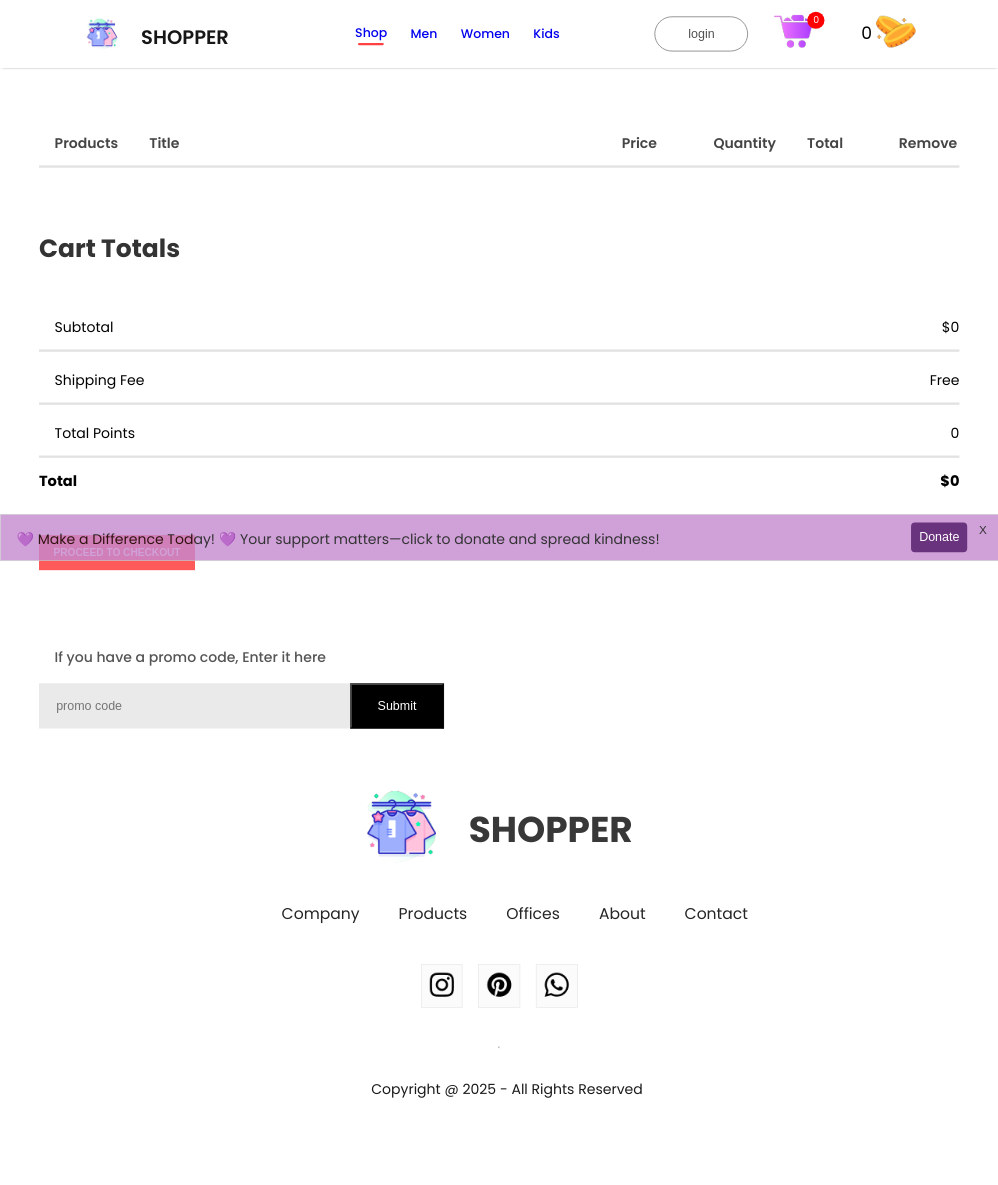
Repository: PayalJakhar/Shoppers-E-commerce-Website
Page: /cart (app in frontend/)
These files come from the project's save history. The page is drawn as it stood at one moment and after the next save; the edit follows.
The browser window is 1280 px wide. The pictures show the whole page, at 78% of full size.
The page's requests for data from a server got no answer. The project was rebuilt for these pictures with package versions that can differ from the ones it lists, and the page was loaded fresh each time. No one was signed in, and anything a server would have sent is missing. Also part of the build but not shown: frontend/src/App.css, frontend/src/Components/Hero/Hero.css, frontend/src/Components/Hero/Hero.jsx, frontend/src/Components/Popular/Popular.css, frontend/src/Components/Item/Item.css, frontend/src/Components/Item/Item.jsx, frontend/src/Components/Popular/Popular.jsx, frontend/src/Components/Offers/Offers.css and 21 more.

Above is the page before, as saved 2025-02-07 23:29:22.

### frontend/src/index.css
*{
  margin:0;
}
body {
  margin: 0;
  font-family: -apple-system, BlinkMacSystemFont, 'Segoe UI', 'Roboto', 'Oxygen',
    'Ubuntu', 'Cantarell', 'Fira Sans', 'Droid Sans', 'Helvetica Neue',
    sans-serif;
  -webkit-font-smoothing: antialiased;
  -moz-osx-font-smoothing: grayscale;
  font-family:'poppins';
}

code {
  font-family: source-code-pro, Menlo, Monaco, Consolas, 'Courier New',
    monospace;
}

### frontend/src/Components/Navbar/Navbar.jsx
import React, { useContext, useState, useRef } from 'react';
import { Link } from 'react-router-dom';
import './Navbar.css';
import logo from '../Assets/Frontend_Assets/logo.png';
import cart_icon from '../Assets/Frontend_Assets/cart_icon.png';
import coin_icon from '../Assets/Frontend_Assets/coin_icon.png';
import { ShopContext } from '../../Context/ShopContext';
import nav_dropdown from '../Assets/Frontend_Assets/nav_dropdown.png'

export default function Navbar() {
    const [menu, setMenu] = useState('shop');
    const {getTotalCartItems} = useContext(ShopContext);
    const menuRef = useRef();

    const dropdown_toggle = (e) =>{
        menuRef.current.classList.toggle('nav-menu-visible');
        e.target.classList.toggle('open');
    }


    return (
        <div className="navbar">
            <div className="nav-logo">
                <img src={logo} alt="" />
                <p> SHOPPER</p>
            </div>
            <img  className='nav-dropdown' onClick={dropdown_toggle} src={nav_dropdown} alt=""/>
            <ul ref={menuRef} className="nav-menu">
                <li onClick={() => { setMenu('shop') }}><Link style={{textDecoration:'none'}} to='/'>Shop</Link>{menu === 'shop' ? <hr /> : <></>}</li>
                <li onClick={() => { setMenu('mens') }}><Link style={{textDecoration:'none'}} to='/mens'>Men</Link>{menu === 'mens' ? <hr /> : <></>}</li>
                <li onClick={() => { setMenu('women') }}><Link style={{textDecoration:'none'}} to='/women'>Women</Link>{menu === 'women' ? <hr /> : <></>}</li>
                <li onClick={() => { setMenu('kids') }}><Link style={{textDecoration:'none'}} to='/kids'>Kids</Link>{menu === 'kids' ? <hr /> : <></>}</li>
            </ul>
            <div className="nav-login-cart">
                {localStorage.getItem('auth-token')?<button onClick={()=>{localStorage.removeItem('auth-token');window.location.replace('/')}}>Logout</button>:<Link style={{textDecoration:'none'}} to='/login'><button>login</button></Link>}
                <Link style={{textDecoration:'none'}} to='/cart'><img src={cart_icon} alt="" /></Link>
                <div className="nav-cart-count">{getTotalCartItems()}</div>
            </div>
            <div className="nav-coin-count">0</div>
            <div className="nav-login-coin">
            <img src={coin_icon} alt="" />
            </div>
        </div>
    )
}

### frontend/src/Pages/Cart.jsx
import React from 'react'
import CartItems from '../Components/CartItems/CartItems'

export default function Cart() {
  return (
    <div>
      <CartItems/>
    </div>
  )
}

### frontend/src/Components/Footer/Footer.jsx
import React from 'react'
import './Footer.css'
import footer_logo from '../Assets/Frontend_Assets/logo_big.png'
import instagram_icon from '../Assets/Frontend_Assets/instagram_icon.png'
import pintester_icon from '../Assets/Frontend_Assets/pintester_icon.png'
import whatsapp_icon from '../Assets/Frontend_Assets/whatsapp_icon.png'
export default function Footer() {
  return (
    <div className='footer'>
        <div className="footer-logo">
            <img src={footer_logo} alt=""/>
            <p>SHOPPER</p>
        </div>
        <ul className="footer-links">
            <li>Company</li>
            <li>Products</li>
            <li>Offices</li>
            <li>About</li>
            <li>Contact</li>
        </ul>
        <div className="footer-social-icon">
            <div className="footer-icons-container">
                <img src={instagram_icon} alt=""/>
            </div>
            <div className="footer-icons-container">
                <img src={pintester_icon} alt=""/>
            </div>
            <div className="footer-icons-container">
                <img src={whatsapp_icon} alt=""/>
            </div>
        </div>
        <div className="footer-copyright">
            <hr/>
            <p>Copyright @ 2025 - All Rights Reserved</p>
        </div>
    </div>
  )
}

### frontend/src/Components/Donate/Donate.jsx
import React, { useState } from 'react';
import { Link } from 'react-router-dom';
import './Donate.css';

const Donate = () => {
  const [value, setValue] = useState('flex');
  const [isOpen, setIsOpen] = useState(false);

  const openModal = () => {
    setIsOpen(true);
    setValue('none');
  };

  const closeModal = () => {
    setIsOpen(false);
    setValue('flex');
  };

  return (
    <>
      <div className='donates' style={{ display: value }}>
        <p>💜 Make a Difference Today! 💜 Your support matters—click to donate and spread kindness!</p>
        <div className='donate-ins'>
          <button className='paras' onClick={openModal}>Donate</button>
          <button className='texts' onClick={() => setValue('none')}>X</button>
        </div>
      </div>
      {isOpen && (
        <div className="modals">
          <div className="modal-contents">
            <span className="closes" onClick={closeModal}>&times;</span>
            <h2>🌼 Donate & Earn Rewards! 🌼</h2>
            <ul>
              <li>✔ Support a Cause: Your donations go directly to trusted NGOs, making a real impact</li>
              <li>✔ Minimum 5 Items: Donate at least 5 clothes to contribute</li>
              <li>✔ Earn Rewards: Get 100 points per donation—stack up to 500 points to unlock exclusive discounts & coupons!</li>
              <li>✔ Quality Matters: Clothes should have no more than 20% damage—let's keep it wearable for those in need!</li>
              💙 Give. Earn. Save. Start donating today!
            </ul>
            <button className="donate-buttons" onClick={()=>{setValue('none');setIsOpen(false)}}>
              <Link style={{ textDecoration: 'none', color:'white'}} to='/donation'>Donate Now</Link>
            </button>
          </div>
        </div>
      )}
    </>
  );
}

export default Donate;

### frontend/src/Components/CartItems/CartItems.jsx
import React, { useContext } from 'react';
import './CartItems.css';
import { ShopContext } from '../../Context/ShopContext';
import remove_icon from '../Assets/Frontend_Assets/cart_cross_icon.png';

const CartItems = () => {
    const { getTotalCartAmount, all_product, cartItems, removeFromCart } = useContext(ShopContext);
    return (
        <div className='cartitems'>
            <div className="cartitems-format-main">
                <p>Products</p>
                <p>Title</p>
                <p>Price</p>
                <p>Quantity</p>
                <p>Total</p>
                <p>Remove</p>
            </div>
            <hr />
            {all_product.map((e) => {
                if (cartItems[e.id] > 0) {
                    return (
                        <div key={e.id}>
                            <div className="cartiitems-format cartitems-format-main">
                                <img src={e.image} alt="" className='carticon-product-icon' />
                                <p>{e.name}</p>
                                <p>${e.new_price}</p>
                                <button className='cartitems-quantity'>{cartItems[e.id]}</button>
                                <p>${e.new_price * cartItems[e.id]}</p>
                                <img
                                    className='cartitems-remove-icon' src={remove_icon} onClick={() => { removeFromCart(e.id) }} alt="" />
                            </div>
                            <hr />
                        </div>
                    );
                }
                return null;
            })}
            <div className="cartitems-down">
                <div className="cartitems-total">
                    <h1>Cart Totals</h1>
                    <div>
                        <div className="cartitems-total-item">
                            <p>Subtotal</p>
                            <p>${getTotalCartAmount()}</p>
                        </div>
                        <hr />
                        <div className="cartitems-total-item">
                            <p>Shipping Fee</p>
                            <p>Free</p>
                        </div>
                        <hr />
                        <div className="cartitems-total-item">
                            <p>Total Points</p>
                            <p>0</p>
                        </div>
                        <hr />
                        <div className="cartitems-total-item">
                            <h3>Total</h3>
                            <h3>${getTotalCartAmount()}</h3>
                        </div>
                    </div>
                    <button>PROCEED TO CHECKOUT</button>
                </div>
                <div className="cartitems-promocode">
                    <p>If you have a promo code, Enter it here</p>
                    <div className="cartitems-promobox">
                        <input type="text" placeholder='promo code' />
                        <button>Submit</button>
                    </div>
                </div>
            </div>
        </div>
    );
}

export default CartItems;

### frontend/src/Components/Footer/Footer.css
.footer{
    display: flex;
    flex-direction: column;
    justify-content: center;
    align-items: center;
    gap: 50px;
    margin-bottom:80px;
}

.footer-logo{
    display: flex;
    align-items: center;
    gap: 20px;
}

.footer-logo p{
    color: #383838;
    font-size: 46px;
    font-weight: 700;

}

.footer-links{
    display: flex;
    list-style: none;
    gap: 50px;
    color: #252525;
    font-size: 20px;
}

.footer-links li{
    cursor: pointer;
}

.footer-social-icon{
    display: flex;
    gap: 20px;
}

.footer-icons-container{
    padding: 10px;
    padding-bottom:6px;
    background: #fbfbfb;
    border: 1px solid #ebebeb;
}

.footer-copyright{
    display: flex;
    flex-direction: column;
    align-items: center;
    gap: 30px;
    width: 100%;
    margin-bottom: 30px;
    color: #1a1a1a;
    font-size: 20px;
}

.footer-copyright r{
    width: 80%;
    border: none;
    border-radius: 10px;
    height: 3px;
    background: #c7c7c7;
}

@media(max-width: 800px){
    .footer{
        gap: 20px;
    }
    .footer-lgo{
        gap: 10px;
        align-items: end;
    }
    .footer-logo img{
        width: 40px;
    }
    .footer-logo p{
        font-size: 25px;
    }
    .footer-links{
        font-size: 14px;
        gap: 10px;
    }
    .footer-social-icon img{
        width: 22px;
    }
    .footer-copyright{
        font-size: 13px;
    }
}

### frontend/src/Components/Donate/Donate.css
.donates {
    position: fixed;
    bottom:1px;
    display:flex;
    justify-content:space-between;
    width: 100%;
    background-color: rgb(197, 137, 208);
    padding: 10px 0px 10px 0px;
    border: 1px solid #ccc;
    z-index: 1000;
    opacity:0.8;
    animation: slideInUp 0.9s ease-out forwards;
}

.donate-ins{
    position:relative;
    margin-right:40px;
    display:flex;
    gap:30px;
}

p{
    padding-top:8px;
    margin-left:20px;
    weight:300;
    font-size:18px;
}

.paras {
    padding: 10px;
    margin-right:1px;
    font-size: 16px;
    border: none;
    background-color: #45015d;
    color: white;
    cursor: pointer;
    border-radius: 5px;
}

.texts{
    background-color:transparent;
    border:none;
    position: absolute;
    top: 0;
    right: -30px;
    font-size:15px;
    font-weight:500;
}

.paras:hover{
background-color: #00060a;
}

.texts:hover{
    color:white;
}

.modals {
    display: flex;
    justify-content: center;
    align-items: center;
    position: fixed;
    z-index: 1;
    left: 0;
    right:0;
    bottom:0;
    top: 0;
    width: 100%;
    height: 100%;
    background-color: rgba(0,0,0,0.5);
}

.modal-contents {
    background-color: #fefefe;
    margin: 15% auto;
    padding: 20px;
    border: 1px solid #888;
    width: 80%;
    border-radius: 10px;
    text-align: center;
    box-shadow: 0 4px 8px rgba(0,0,0,0.2);
}

.closes {
    color: #aaa;
    float: right;
    font-size: 28px;
    font-weight: bold;
}

.closes:hover,
.closes:focus {
    color: black;
    text-decoration: none;
    cursor: pointer;
}

.donate-buttons {
    background-color: #802ea5;
    color: white;
    padding: 10px 20px;
    text-align: center;
    text-decoration: none;
    display: inline-block;
    font-size: 16px;
    margin: 15px 2px 0px 2px;
    cursor: pointer;
    border-radius: 5px;
    transition: background-color 0.3s;
    border:none;
}

.donate-buttons:hover {
    background-color: #170122;

}

.open-modal-buttons {
    background-color: #ffebcd;
    color: #333;
    padding: 10px 15px;
    border: none;
    border-radius: 5px;
    cursor: pointer;
    font-size: 16px;
    margin: 20px;
    transition: background-color 0.3s;
}

.modal-contents ul {
    list-style: none;
    padding: 0;
    margin: 0;
}

.modal-contents li {
    display: flex;
    align-items: center;
    gap: 8px;
    padding: 8px 0;
    font-size: 16px;
}


.open-modal-buttons:hover {
    background-color: #f0e68c;
}


@keyframes slideInUp {
    0% {
      transform: translateY(100%);
      opacity: 0;
    }
    100% {
      transform: translateY(0);
      opacity: 0.8;
    }
  }


  @media(max-width:500px){
    .donate{
        height:50px;
        gap:2px;
    }
    p{
        font-size: 10px;
    }
    .para{
        font-size: 13px;
    }
    .text{
        font-size:12px;
    }
}

### frontend/src/Components/CartItems/CartItems.css
.cartitems{
    margin: 100px 70px;
}
.cartitems hr{
    height: 3px;
    background: #e2e2e2;
    border: 0;
}
.cartitems-format-main{
    display: grid;
    grid-template-columns: 0.5fr 2fr 1fr 1fr 1fr 1fr;
    align-items: center;
    gap: 75px;
    padding: 20px 0px;
    color: #454545;
    font-size: 18px;
    font-weight: 600;

}
.cartiitems-format{
    font-size: 17px;
    font-weight: 500;
}
.carticon-product-icon{
    height: 62px;
}
.cartitems-remove-icon{
    width: 15px;
    margin: 0px 40px;
    cursor: pointer;
}
.cartitems-quantity{
    width: 64px;
    height: 50px;
    border: 2px solid #ebebeb;
    background: #fff;
}
.cartitems-down{
    display: flex;
    margin: 100px 0px;
}
.cartitems-total{
    flex: 1;
    display: flex;
    flex-direction: column;
    margin-right: 200px;
    gap: 40px;

}
.cartitems-total-item{
    display: flex;
    justify-content: space-between;
    padding: 15px 0px;
}
.cartitems-total button{
    width: 262px;
    height: 58px;
    outline: none;
    border: none;
    background: #ff5a5a;
    color:white;
    font-size: 16px;
    font-weight: 600;
    cursor: pointer;
}
.cartitems-promocode{
    flex:1;
    display: flex;
    flex-direction: column;
    font-weight: 500;

}
.cartitems-promocode p{
    color:#555;
    margin-top: 10px;
}
.cartitems-promobox{
    width: 504px;
    margin-top: 20px;
    padding-left: 20px;
    height: 58px;
    background: #eaeaea;
}
.cartitems-promobox input{
    border: none;
    outline: none;
    background: transparent;
    font-size: 16px;
    width: 330px;
    height: 50px;
}
.cartitems-promobox button{
    width: 170px;
    height: 58px;
    font-size: 16px;
    background: black;
    color: white;
    cursor: pointer;
}

@media(max-width:1280px){
    .cartitems{
        margin: 60px 50px;
    }

    .cartitems-format-main{
        grid-template-columns: 0.5fr 3fr 0.5fr 0.5fr 0.5fr 0.5fr;
        gap: 20px;
        padding: 15px 0px;
        font-size: 15px;
    }

    .carticon-product-icon{
        height: 50px;
    }

    .cartitems-remove-icon{
        margin: auto;
    }

    .cartitems-quantity{
        width: 40px;
        height: 30px;
    }

    .cartitems-down{

        margin: 80px 0px;

        flex-direction: column;

        gap: 80px;
    }

        .cartitems-total {

        margin: 0px;

        }

        .cartitems-total button{
        max-width: 200px;
        height: 45px;
        font-size: 13px;
        }
        .cartitems-promobox{
        width: auto;
        max-width: 500px;
        }

        .cartitems-promobox input{
            width: 100%;
        }

        .cartitems-promobox button{
            width: 120px;
            margin-left: -125px;
        }

}

@media (max-width:500px){

    .cartitems-format-main{
    display: none;
    grid-template-columns: 0.5fr 3fr 0.5fr;
        gap : 10px;
    }

    .cartitems-format{
    display: grid;
    }
}

Loaded but not shown: frontend/public/index.html (common file); frontend/src/reportWebVitals.js (common file); frontend/src/App.js (38 lines, source omitted); frontend/src/index.js (20 lines, source omitted); frontend/src/Components/Donation/Donation.css (243 lines, source omitted); frontend/src/Context/ShopContext.jsx (115 lines, source omitted); frontend/src/Components/Navbar/Navbar.css (204 lines, source omitted)

After the next save:
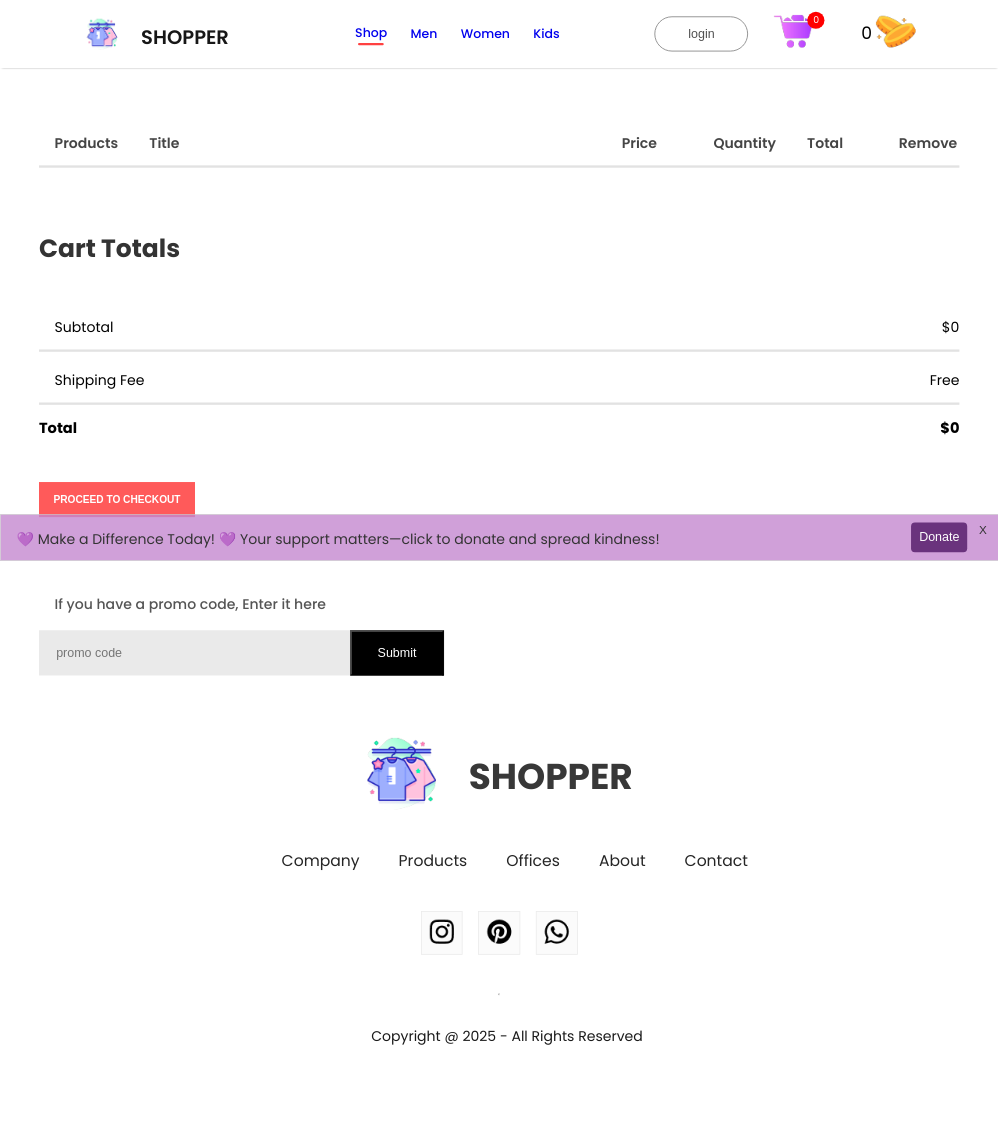
Saved 9 s later.
--- a/frontend/src/Components/CartItems/CartItems.jsx
+++ b/frontend/src/Components/CartItems/CartItems.jsx
@@ -49,11 +49,7 @@
                             <p>Free</p>
                         </div>
                         <hr />
-                        <div className="cartitems-total-item">
-                            <p>Total Points</p>
-                            <p>0</p>
-                        </div>
-                        <hr />
+
                         <div className="cartitems-total-item">
                             <h3>Total</h3>
                             <h3>${getTotalCartAmount()}</h3>

After the save that followed:
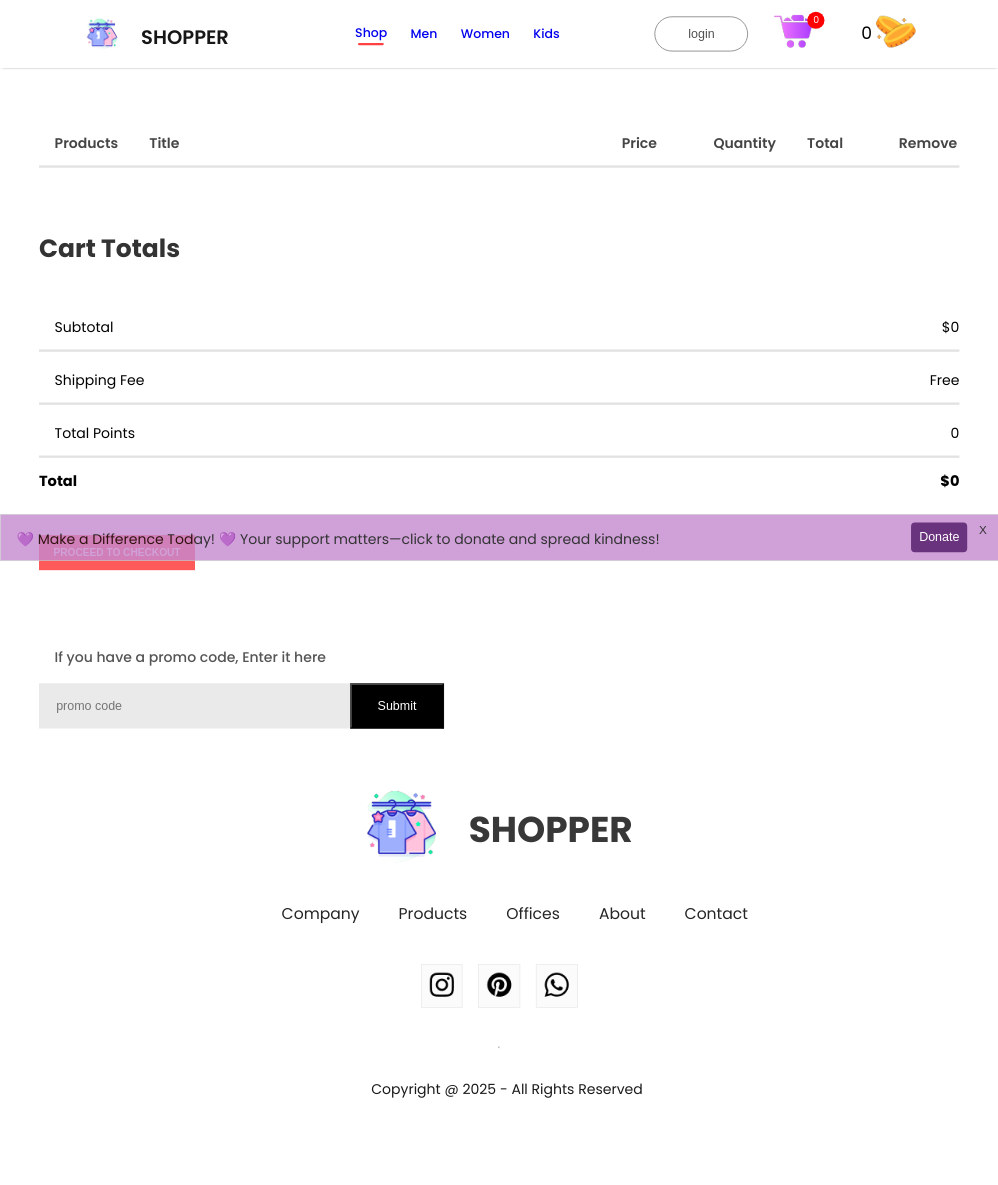
Saved 6 s later.
--- a/frontend/src/Components/CartItems/CartItems.jsx
+++ b/frontend/src/Components/CartItems/CartItems.jsx
@@ -49,7 +49,11 @@
                             <p>Free</p>
                         </div>
                         <hr />
-
+                        <div className="cartitems-total-item">
+                            <p>Total Points</p>
+                            <p>0</p>
+                        </div>
+                        <hr />
                         <div className="cartitems-total-item">
                             <h3>Total</h3>
                             <h3>${getTotalCartAmount()}</h3>
